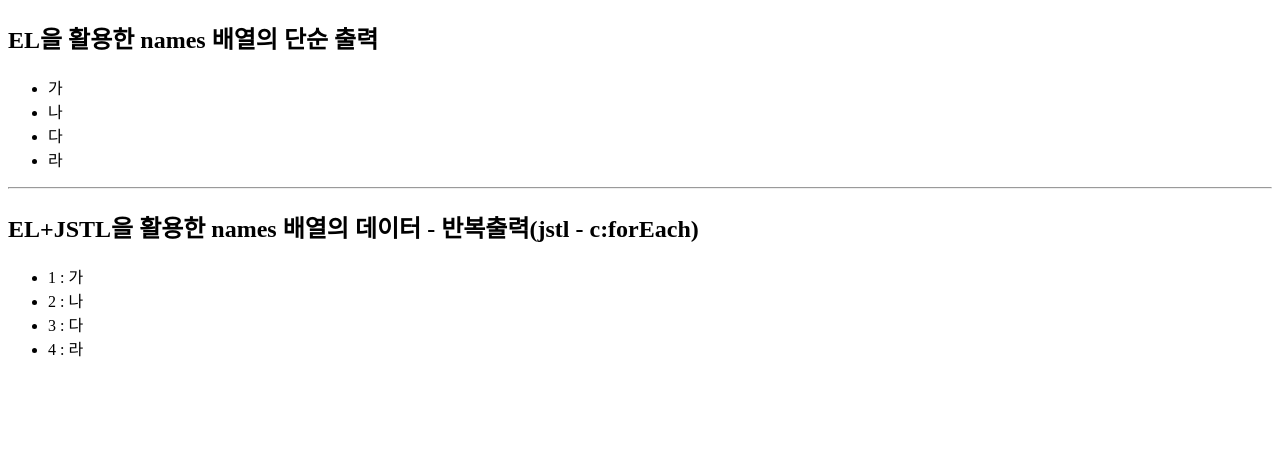
Repository: Rua1006/JSP
Page: http://localhost/practice02/GetJavaDataCtrl.do
These files come from the project's save history. The page is drawn as it stood at one moment and after the next save; the edit follows.
The browser window is 1280 px wide. The pictures show the whole page.
The page is served by Tomcat 9.

Above is the page before, as saved 2022-11-10 06:38:49.

### practice02/WebContent/06getJavaData.jsp
<%@ page language="java" contentType="text/html; charset=UTF-8"
    pageEncoding="UTF-8"%>
<%@ taglib prefix="c" uri="http://java.sun.com/jsp/jstl/core" %>
<%@ taglib prefix="fmt" uri="http://java.sun.com/jsp/jstl/fmt" %>
<%@ page import ="java.util.*" %>
<%@ page import ="java.text.*, java.net.InetAddress" %>
<%@ page import ="com.example.*" %>
<%@ include file = "common.jsp" %>
<!DOCTYPE html>
<html>
<head>
<meta charset="UTF-8">
<title>06getJavaData</title>
</head>
<body>
<h2>EL을 활용한 names 배열의 단순 출력</h2>
<ul>
	<li>${names[0] }</li>
	<li>${names[1] }</li>
	<li>${names[2] }</li>
	<li>${names[3] }</li>
</ul>
<hr>
<h2>EL+JSTL을 활용한 names 배열의 데이터 - 반복출력(jstl - c:forEach)</h2>
<ul>
	<c:forEach items="${names }" var="name" varStatus="status">
	<li>${status.count } : ${name }</li>
	</c:forEach>
</ul>
</body>
</html>

### practice02/src/com/example/GetJavaDataCtrl.java
package com.example;

import java.io.IOException;
import java.util.ArrayList;
import java.util.HashMap;

import javax.servlet.RequestDispatcher;
import javax.servlet.ServletException;
import javax.servlet.annotation.WebServlet;
import javax.servlet.http.HttpServlet;
import javax.servlet.http.HttpServletRequest;
import javax.servlet.http.HttpServletResponse;


@WebServlet("/GetJavaDataCtrl.do")
public class GetJavaDataCtrl extends HttpServlet {
	private static final long serialVersionUID = 1L;



	protected void service(HttpServletRequest request, HttpServletResponse response) throws ServletException, IOException {
		String[] names = {"가", "나", "다", "라"};

		ArrayList<String> list = new ArrayList<String>();
		list.add("마");
		list.add("바");
		list.add("사");
		list.add("아");

		HashMap<String, String> map = new HashMap<>();
		map.put("name1", "자");
		map.put("name2", "차");
		map.put("name3", "카");
		map.put("name4", "타");

		HashMap<String, String> map2 = new HashMap<>();
		map2.put("name", "파");
		map2.put("age", "100");
		map2.put("height", "200");

		Human vo = new Human();
		vo.setName("가가");
		vo.setCountry("대한민국");
		vo.setAge(30);
		vo.setHobby("다다");

		ArrayList<Human> hList = new ArrayList<Human>();
		Human human = new Human();
		human.setName("나나");
		human.setCountry("미국");
		human.setAge(100);
		human.setHobby("라라");

		Human human2 = new Human();
		human2.setName("마마");
		human2.setCountry("일본");
		human2.setAge(60);
		human2.setHobby("바바");

		Human human3 = new Human();
		human3.setName("사사");
		human3.setCountry("중국");
		human3.setAge(7);
		human3.setHobby("아아");

		request.setAttribute("names", names);
		request.setAttribute("list", list);
		request.setAttribute("map", map);
		request.setAttribute("map2", map2);
		request.setAttribute("vo", vo);
		request.setAttribute("hList", hList);

		RequestDispatcher view = request.getRequestDispatcher("06getJavaData.jsp");
		view.forward(request, response);

	}

}

### practice02/src/com/example/Human.java
package com.example;

public class Human {
	private String country;
	private String name;
	private int age;
	private String hobby;
	public String getCountry() {
		return country;
	}
	public void setCountry(String country) {
		this.country = country;
	}
	public String getName() {
		return name;
	}
	public void setName(String name) {
		this.name = name;
	}
	public int getAge() {
		return age;
	}
	public void setAge(int age) {
		this.age = age;
	}
	public String getHobby() {
		return hobby;
	}
	public void setHobby(String hobby) {
		this.hobby = hobby;
	}

}

Loaded but not shown: practice02/WebContent/common.jsp (common file)

After the next save:
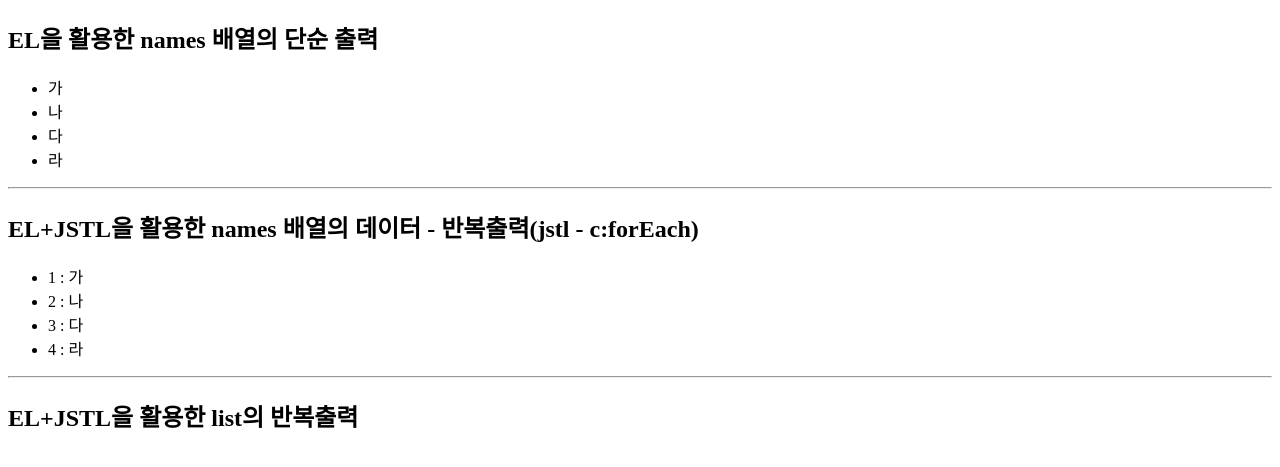
Saved 27 s later.
--- a/practice02/WebContent/06getJavaData.jsp
+++ b/practice02/WebContent/06getJavaData.jsp
@@ -27,5 +27,7 @@
 	<li>${status.count } : ${name }</li>
 	</c:forEach>
 </ul>
+<hr>
+<h2>EL+JSTL을 활용한 list의 반복출력</h2>
 </body>
 </html>
